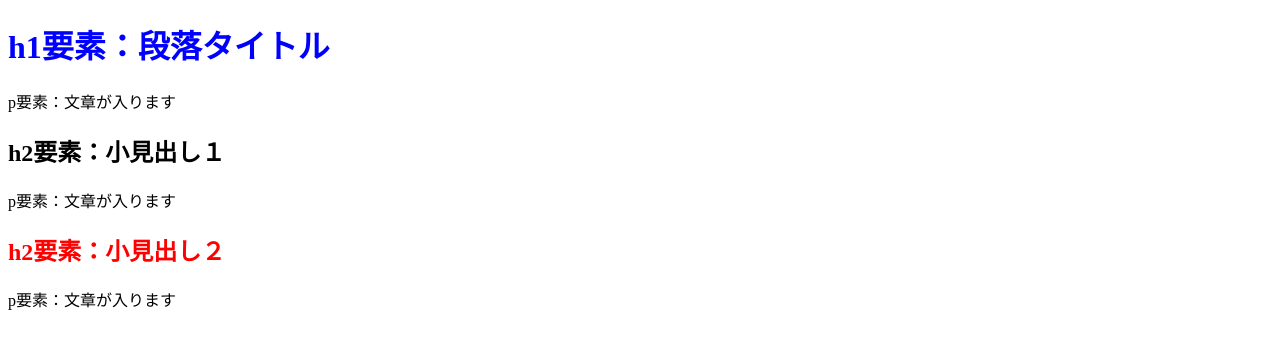
Repository: hokanitao/samurai_HTML-CSS
Page: index.html
The author's editor kept a record of every edit. The page is drawn from the files as they stood at one moment, then again after the next edit.
The browser window is 1280 px wide. The pictures show the whole page.

Above is the page before.

### index.html
<!DOCTYPE html>
<html lang="ja">
<head>
 <meta charset="UTF-8">
 <title>HTML/CSSの学習</title>
 <style>
   #red {
    color: red;
   }
   .blue{
    color: blue;
   }
 </style>
</head>
<body>
 <h1 class="blue">h1要素：段落タイトル</h1>
 <p>p要素：文章が入ります</p>
 <h2>h2要素：小見出し１</h2>
 <p style="front-size: 25px;">
  p要素：文章が入ります
  </p>
 <h2 id="red">h2要素：小見出し２</h2>
 <p style="front-wight: bold;">
  p要素：文章が入ります
 </p>
</body>
</html>

After the next edit:
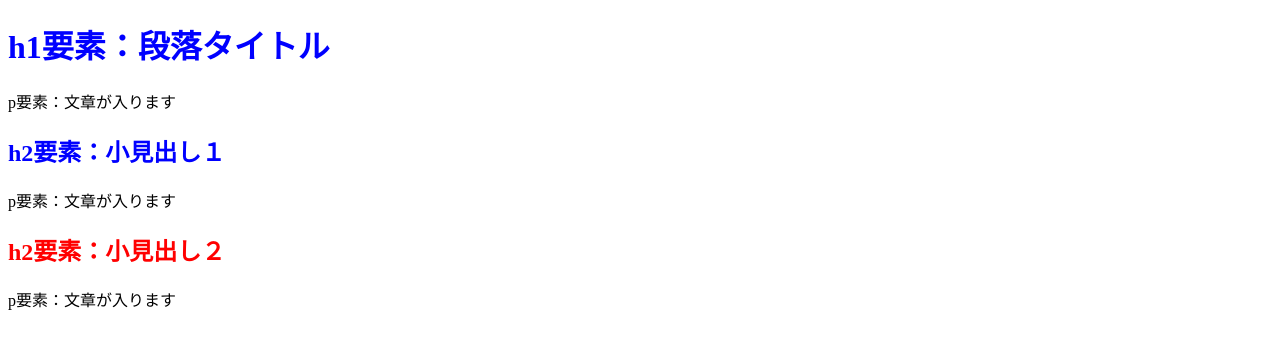
The edit:
--- a/index.html
+++ b/index.html
@@ -15,7 +15,7 @@
 <body>
  <h1 class="blue">h1要素：段落タイトル</h1>
  <p>p要素：文章が入ります</p>
- <h2>h2要素：小見出し１</h2>
+ <h2 class="blue">h2要素：小見出し１</h2>
  <p style="front-size: 25px;">
   p要素：文章が入ります
   </p>
